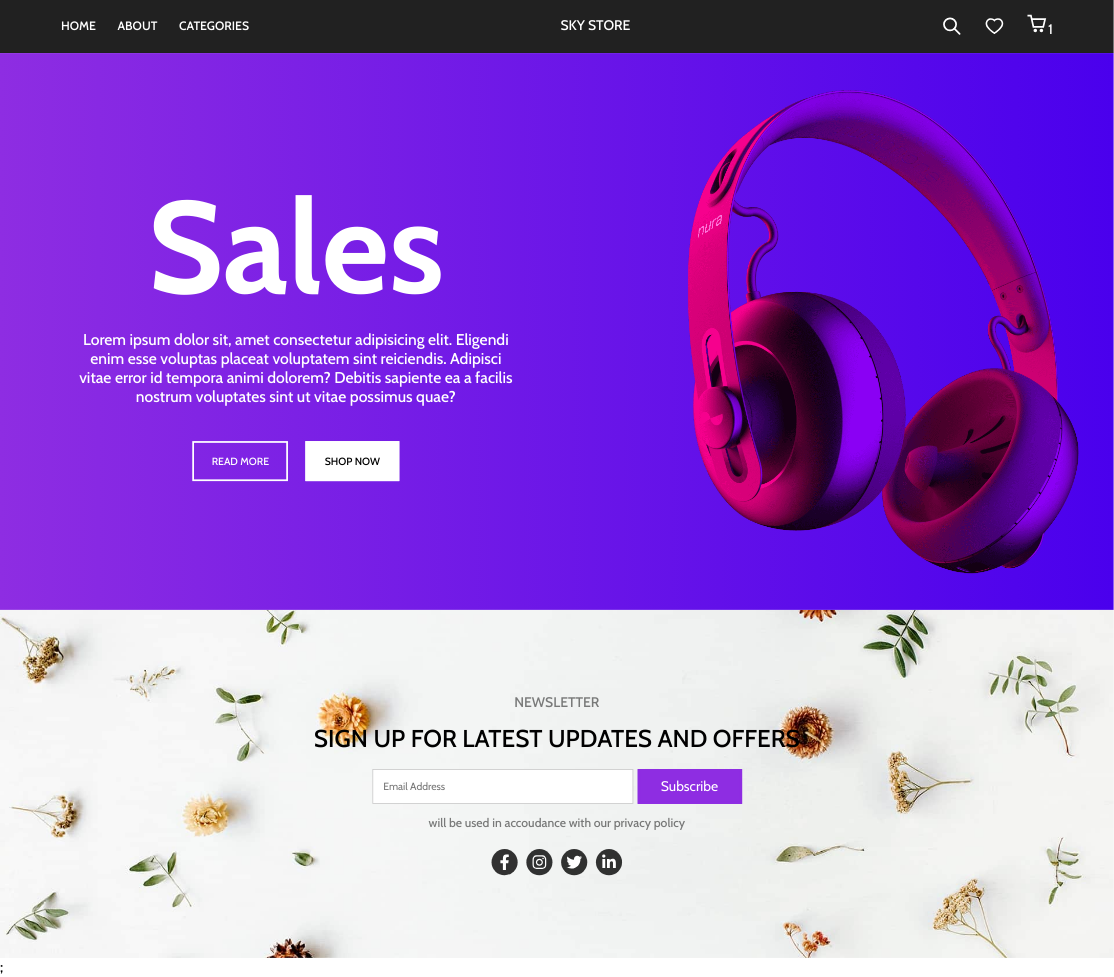
Repository: suraj-yadav7/ecommerce
Page: /
These files come from the project's save history. The page is drawn as it stood at one moment and after the next save; the edit follows.
The browser window is 1280 px wide. The pictures show the whole page, at 87% of full size.
The project was rebuilt for these pictures with package versions that can differ from the ones it lists, and the page was loaded fresh each time. Also part of the build but not shown: src/components/Home/Home.scss, src/components/Category/Category.scss, src/components/Category/Category.jsx, src/components/SingleProduct/SingleProduct.scss, src/components/SingleProduct/SingleProduct.jsx, src/App.scss, src/components/Header/Search/Search.scss, src/components/Header/Search/Search.jsx and 3 more.

Above is the page before, as saved 2023-06-18 23:11:37.

### src/index.jsx
import React from 'react';
import ReactDOM from 'react-dom/client';
import './index.scss';
import App from './App';
import { Provider } from 'react-redux';
import store from './store/store';

const root = ReactDOM.createRoot(document.getElementById('root'));
root.render(
<Provider store={store}>
    <App />
</Provider>
);

### src/App.jsx
import React from 'react';
import { BrowserRouter as Router, Routes, Route } from 'react-router-dom';
import Home from "./components/Home/Home"
import Category from "./components/Category/Category"
import SingleProduct from "./components/SingleProduct/SingleProduct"
import './App.scss';
import Header from './components/Header/Header';
import Footer from './components/Footer/Footer';
import Newsletter from './components/Footer/Newsletter/Newsletter';

function App() {
  return (
   <>
   <Router>
    <Header/>
    <Routes>
        <Route exact path="/" element={<Home/>} />
        <Route exact path="/category/:id" element={<Category/>} />
        <Route exact path="/product/:id" element={<SingleProduct/>} />
    </Routes>
    <Newsletter/>
    {/* <Footer /> */}
   </Router>
   </>
  );
}

export default App;

### src/store/store.jsx
import { configureStore } from "@reduxjs/toolkit";
import productSlice from "./slices/productSlice";


const store = configureStore({
    reducer:{
        product:productSlice
    }
})

export default store;

### src/components/Home/Home.jsx
import { useDispatch, useSelector } from "react-redux";
import "./Home.scss";
import { addElement } from "../../store/slices/productSlice";
import Banner from "./Banner/Banner";


const Home = () => {
    const dispatch = useDispatch()
    const data = useSelector((state)=> state.product.data)
    return(
     <>
        <div className="home">
            <Banner />
        </div>
     </>

    )
};

export default Home;

### src/components/Header/Header.jsx
import "./Header.scss";
import Search from "./Search/Search"
import Cart from "../Cart/Cart"
import { TbSearch } from "react-icons/tb"
import { CgShoppingCart } from "react-icons/cg"
import { AiOutlineHeart } from "react-icons/ai"
import "./Header.scss"
import { useEffect, useState } from "react";

const Header = () => {
    const [scrollVal, setScrollVal] = useState(false)
    const handleScroll = ()=>{
        const offset = window.scrollY;
        console.log(offset)
        if(offset > 200){
            setScrollVal(true)
        }
        else{
            setScrollVal(false)
        }
    }
    useEffect(()=>{
        window.addEventListener("scroll", handleScroll)
    },[])

    return (
        <>
            <header className={`main-header ${scrollVal? "sticky-header":""}`}>
                <div className="header-content">
                    <ul className="left" >
                        <li>Home</li>
                        <li>About</li>
                        <li>Categories</li>
                    </ul>
                    <div className="center"> SKY STORE</div>
                    <div className="right">
                        <TbSearch />
                        <AiOutlineHeart />
                        <span className="cart-icon">
                            <CgShoppingCart />1
                        </span>
                    </div>
                </div >
            </header >
        </>
    )
};

export default Header;

### src/components/Footer/Newsletter/Newsletter.jsx
import React from "react";
import {
    FaFacebookF,
    FaTwitter,
    FaInstagram,
    FaLinkedinIn,
} from "react-icons/fa";
import "./Newsletter.scss"

const Newsletter = () => {
    return (
    <>
        <div className="newsletter-section">
            <div className="newsletter-content">
                <span className="small-text" >Newsletter</span>
                <span className="big-text"> Sign up for latest updates and offers</span>
                <div className="form">
                    <input type="text" placeholder="Email Address" />
                    <button className="btn-sub">Subscribe</button>
                </div>
                <div className="text">will be used in accoudance with our privacy policy </div>
                <div className="social-icons">
                    <div className="icon">
                        <FaFacebookF size={18} />
                    </div>
                    <div className="icon">
                        <FaInstagram size={18} />
                    </div>
                    <div className="icon">
                        <FaTwitter size={18} />
                    </div>
                    <div className="icon">
                        <FaLinkedinIn size={18} />
                    </div>

                </div>
            </div>
        </div>;
    </>
    )
};
export default Newsletter;

### src/store/slices/productSlice.jsx
import { createSlice } from "@reduxjs/toolkit";

const productSlice = createSlice({
    name:"productSlice",
    initialState:{
        data:["lg", "sansung", "onida"],
        loading:false,
        error:null
    },

    reducers:{
        addElement:(state, action)=>{
            state.data.push(action.payload)
        },

    },

    extraReducers:{

    }


})

export default productSlice.reducer

export const {addElement}= productSlice.actions;

### src/components/Home/Banner/Banner.jsx
import "./Banner.scss";
import BannerImg from '../../../assets/banner-img.png'
const Banner = () => {
    return(
        <>
        <div className="hero-banner">
            <div className="content">
                <div className="text-content">
                    <h1>Sales</h1>
                    <p>Lorem ipsum dolor sit, amet consectetur adipisicing elit. Eligendi enim esse voluptas placeat voluptatem sint reiciendis. Adipisci vitae error id tempora animi dolorem? Debitis sapiente ea a facilis nostrum voluptates sint ut vitae possimus quae?</p>
                    <div className="ctas">
                        <div className="banner-cta">Read More</div>
                        <div className="banner-cta v2">Shop now</div>
                    </div>
                </div>
                <img src={BannerImg}className="banner-img" alt="banner-img"></img>
            </div>

        </div>

        </>
)
};

export default Banner;

### src/components/Header/Header.scss
@import "../../css-config/mixins.scss";

.main-header {
    width: 100%;
    padding: 0 20px;
    background-color: #212121;
    color: white;
    border-bottom: 1px solid rgba(0, 0, 0, 0.1);
    z-index: 99;
    @include md {
        padding: 0 40px;
    }

    .header-content {
        display: flex;
        justify-content: space-between;
        align-items: center;
        height: 50px;
        max-width: 95%;
        margin: 0 auto;

        @include md {
            height: 60px;
        }

        .left {
            list-style-type: none;
            display: none;
            gap: 25px;

            @include md {
                display: flex;
            }

            li {
                font-size: 14px;
                font-weight: 600;
                text-transform: uppercase;
                cursor: pointer;
            }
        }

        •center {
            font-size: 22px;
            font-weight: 700;
            cursor: pointer;

            @include md {
                font-size: 33px;
                position: absolute;
                left: 50%;
                transform: translateX(-50%);
            }
        }

        .right {
            display: flex;
            align-items: center;
            gap: 20px;

            @include md {
                gap: 25px;
            }

            svg {
                font-size: 20px;
                cursor: pointer;

                @include md {
                    font-size: 24px;
                }
            }

            .cart-icon {
                position: relative;

                span {
                    min-width: 20px;
                    text-align: center;
                    background-color: #8e2de2;
                    padding: 2.5px;
                    position: absolute;
                    top: -5px;
                    right: -12px;
                    font-size: 12px;
                    line-height: 1;
                    border-radius: 10px;

                }
            }
        }

    }

    &.sticky-header{
        position: sticky;
        top:0;
        transform: translateY(-60);
        animation: stickyHeader 0.3s ease forwards;
    }
}

@keyframes stickyHeader{
    0%{
        transform: translateY(-60px);
    }
    100%{
        transform: translateY(0);
    }
}

### src/components/Footer/Newsletter/Newsletter.scss
@import "../../../css-config/mixins.scss";

.newsletter-section {
    width: 100%;
    height: 400px;
    display: flex;
    align-items: center;
    background: #f9f9f9 url("../../../assets/newsletter-bg.jpeg");
    background-position: center;
    background-repeat: no-repeat;
    background-size: cover;

    .newsletter-content {
        width: fit-content;
        display: flex;
        flex-direction: column;
        align-items: center;
        margin: 0 auto;
        text-align: center;

        .small-text {
            margin-bottom: 15px;
            text-transform: uppercase;
            color: rgba(0, 0, 0, 0.5);
        }

        .big-text {
            margin-bottom: 20px;
            font-size: 22px;
            line-height: 30px;
            font-weight: 500;
            text-transform: uppercase;
            padding: 0 30px;

            @include md {
                font-size: 28px;
            }
        }

        .form {
            display: flex;
            gap: 05px;
            margin-bottom: 10px;

            .btn-sub {
                outline: 0;
                border: 0;
                height: 40px;
                width: 100px;
                display: flex;
                align-items: center;
                justify-content: center;
                cursor: pointer;
                font-size: 16px;
                color: white;
                background-color: #8e2de2;
                border: 3px solid #8e2de2;

                @include md {
                    width: 120px;
                }
            }

            input {
                width: 200px;
                height: 40px;
                border-radius: 0;
                border: 1px solid rgba(0, 0, 0, 0.2);
                padding: 0 12px;
                font-size: 12px;
                outline: none;

                @include md {
                    width: 300px;
                }

            }


        }

        .text {
            margin-bottom: 20px;
            font-size: 14px;
            color: rgb(0, 0, 0, 0.5);
        }

        .social-icons {
            display: flex;
            gap: 10px;
            .icon {
                width: 30px;
                height: 30px;
                background-color: rgba(0, 0, 0, 0.8);
                border-radius: 50%;
                color: white;
                display: flex;
                justify-content: center;
                align-items: center;
            }
        }

        }
    }

### src/components/Home/Banner/Banner.scss
@import "../../../css-config/mixins.scss";

.hero-banner {
    padding: 40px 0;
    position: relative;
    background-image: linear-gradient(to right, #8e2de2, #4a00ed);
    @include md {
    height: calc(100vh - 80px) ;
    }
    .content{
    height: 100%;
    display: flex;
    justify-content: flex-end;
    align-items: center;
    flex-direction: column-reverse;
    max-width: calc(100% - 20px);
    margin: 0 auto;
    position: relative;
    @include md {
    flex-direction: row;
    max-width: 1200px;
    }
    .banner-img {
        position: relative;
        z-index: 9;
        width: 200px;
        margin-bottom: 20px;
        @include md{
            width: 450px;
            margin-right: 0px;
            margin-top: 0px;
            margin-bottom: 0;
        }
        @include xxl {
        width: 600px;
        margin-right: 0;
        margin-top: 0;
    }
    }
    .text-content {
        color: white;
        text-align: center;
        display: flex;
        flex-direction: column;
        align-items: center;
        @include md {
        position: absolute;
        left: 50px;
        top: 50%;
        transform: translateY(-50%) ;
        }
        @include xxl {
        left: 0;
        }
        h1{
            font-size: 80px;
            font-weight: 700;
            line-height: 1;
            margin-bottom: 20px;
            @include md{
                font-size: 150px;
            }
        }

        p{
            max-width: 300px;
            font-size: 14px;
            list-style: 20px;
            margin-bottom: 20px;
            @include md{
                max-width: 500px;
                font-size: 18px;
                line-height: 22px;
                margin-bottom: 40px;
            }
        }
        .ctas{
            display: flex;
            justify-content: center;
            gap: 20px;
            .banner-cta{
                text-transform: uppercase;
                font-size: 12px;
                font-weight: 500;
                width: fit-content;
                border: 2px solid white;
                padding: 10px 20px;
                cursor: pointer;
                &.v2{
                    background-color: white;
                    color: black;

                }
                &:hover{
                    opacity: 0.6;
                }
            }
        }
     }
    }
 }

### src/components/Footer/Footer.jsx
import React from "react";
import "./Footer.scss";
import { FaLocationArrow, FaMobileAlt, FaEnvelope } from "react-icons/fa";
import Payment from "../../assets/payments.png";
const Footer = () => {
    return (
        <footer className="footer">
            <div className="footer-content">
                <div className="col">
                    <div className="title" > About</div>
                    <div className="text">Lorem ipsum dolor sit amet consectetur, adipisicing elit. Vero, similique rerum. Quo et praesentium cumque laudantium autem reprehenderit, sit corporis, architecto ea ipsum vitae aspernatur. </div>
                </div>
                <div className="col">
                    <div className="title" > contact</div>
                </div>
                <div className="col">
                    <div className="title" > categories</div>
                </div>
                <div className="col">
                    <div className="title" > pages</div>
                </div>
            </div>
        </footer>
    )
};
export default Footer;

Loaded but not shown: public/index.html (common file); src/index.scss (common file); src/css-config/mixins.scss (common file)

After the next save:
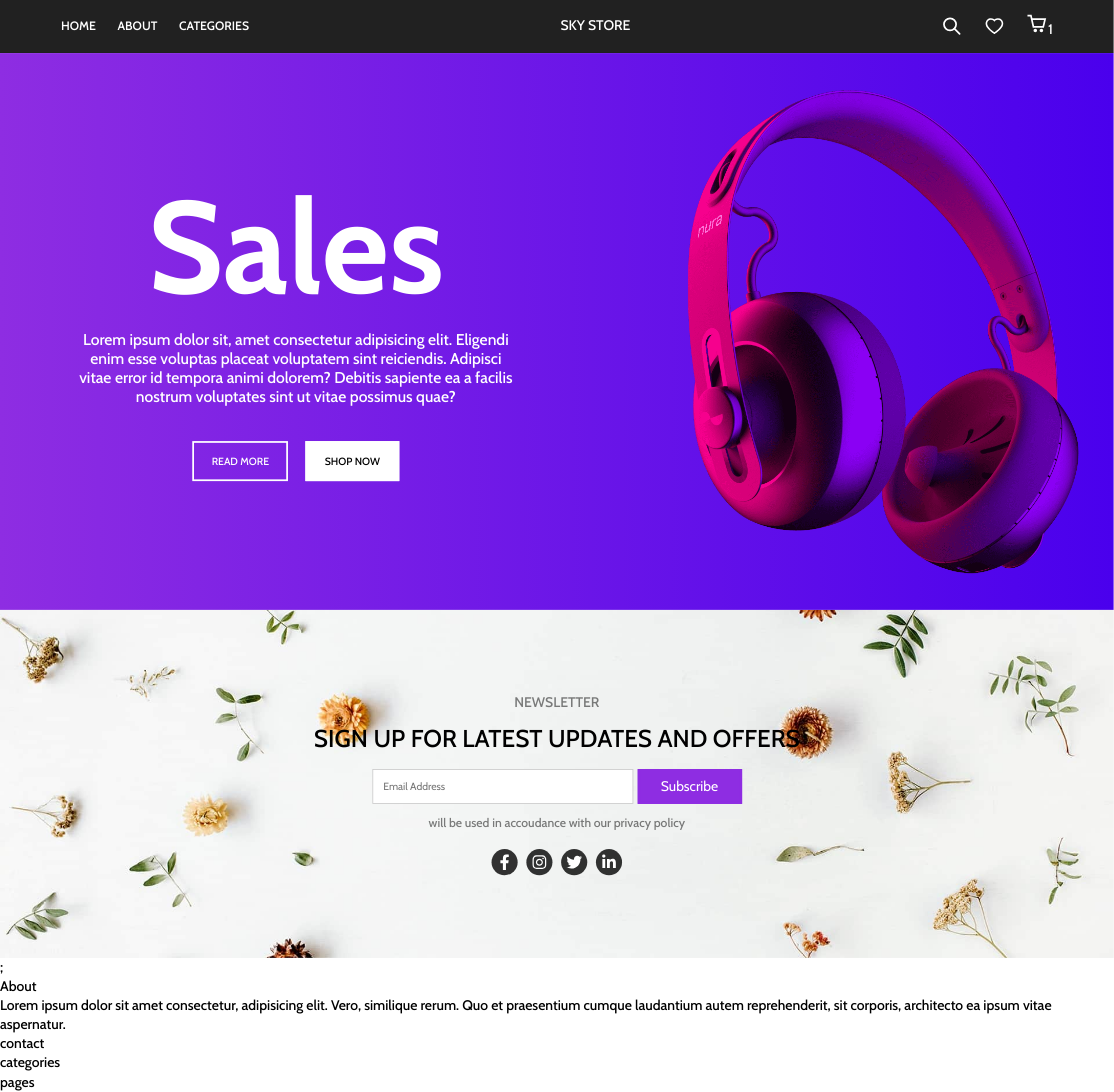
Saved 11 h 28 min later.
--- a/src/App.jsx
+++ b/src/App.jsx
@@ -19,7 +19,7 @@
         <Route exact path="/product/:id" element={<SingleProduct/>} />
     </Routes>
     <Newsletter/>
-    {/* <Footer /> */}
+    <Footer />
    </Router>
    </>
   );
